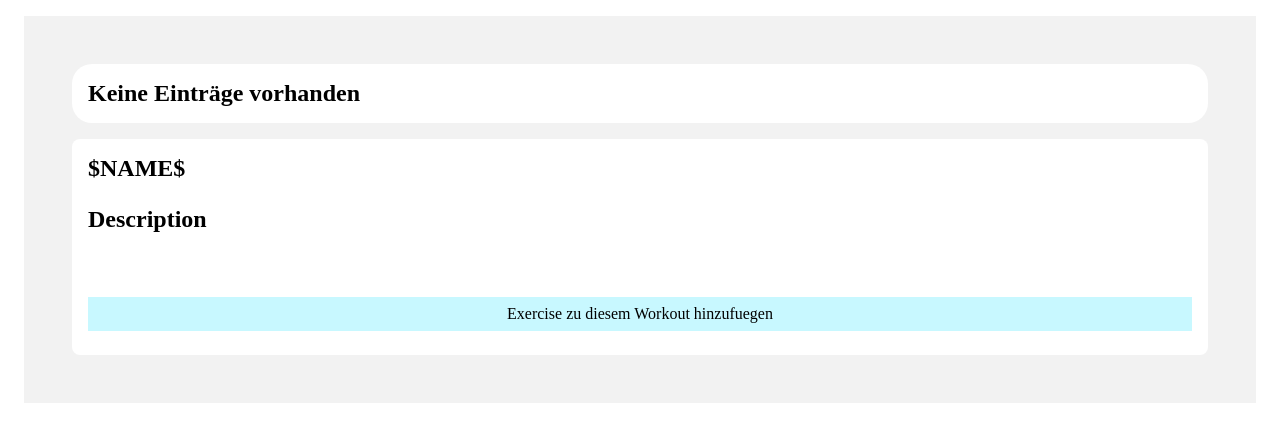
Repository: KIThubber/Fitnesstagebuch
Page: Frontend/src/Workoutmanagement/page-workouthinzufuegen.html
These files come from the project's save history. The page is drawn as it stood at one moment and after the next save; the edit follows.
The browser window is 1280 px wide. The pictures show the whole page.

Above is the page before, as saved 2022-05-07 17:20:13.

### Frontend/src/Workoutmanagement/page-workouthinzufuegen.html
<style>

    main {
        background-color: #F2F2F2;
        margin: 0;
        padding: 2em;

        display: flex;
        flex-direction: column;
      }
      main ol {
            list-style: none;
            margin: 0;
            padding: 0;
            border:20px #F2F2F2;
        }

    /* Code aus "Astructio Retis AG"-Aufgabe - in jasmina css einfügen
    v
    */
    main .list-entry {
      display: flex;
      flex-direction: column;
      gap: 2em;
      padding: 1rem;
      background: white;
      border-radius: 0.5em;
    }


    main .list-entry .card {
      border: 1px solid lightgrey;
      background: white;
      border-radius: 0.5em;
      overflow: hidden;
    }

    main .list-entry .card img {
      display: block;
      width: 100%;
      height: 50%;
      }

      main .list-entry .card .card-body {
      padding: 1rem;
    }

    main .list-entry .card h4,
    main .list-entry .card h5 {
      margin: 0;
    }

    main .list-entry .card h5 {
      color: grey;
    }

    main .list-entry .card a,
    main .list-entry .card a:visited {
      color: var(--color-secondary);
    }

    main .list-entry .card-container {
      display: flex;
      flex-direction: column;
      gap: 2em;
    }

    @media (min-width: 50em) {
       main .list-entry .card-container {
          flex-direction: row;
          flex-wrap: wrap;
          justify-content: center;
      }

      main .list-entry .card {
          flex: 1;
          min-width: 25em;
      }
    }
        /* LISTENEINTRÄGE */
        main{
            margin: 1em;
        }
        main ol {
            list-style: none;
            margin: 0;
            padding: 0;
            border:20px #F2F2F2;
        }

        main li {
            margin: 1em;
            padding: 1em;

            background-color: white;
            border-radius: 20px 20px 20px 20px;
        }

        main li:hover {
            background-color: #C8F8FF;
        }

        main .name {
            font-size: 150%;
            font-weight: bold;
        }
        main .actions {
            display: flex;
            justify-content: space-between;
        }

        main .actions > div {
            padding: 0.5em;
            margin: 0.5em;
            background-color: #C8F8FF;
            flex: 1;
            text-align: center;
        }

        main .actions > div:first-child {
            margin-left: 0;
        }

        main .actions > div:last-child {
            margin-right: 0;
        }

        main .actions > div:hover {
            background-color: #f0f0f0;
            cursor: pointer;
        }
    </style>
    <main>
        <!-- <ol> -->
            <ol>

                    <!-- Platzhalter für eine leere Liste -->
                    <li class="empty-placeholder">
                        <div class="name">
                            Keine Einträge vorhanden
                        </div>
                    </li>

                    <!-- Vorlage für einen Eintrag in der Liste -->
                    <section class="section-news">
                        <div class="card">
                            <li class="list-entry" data-id="$ID$">
                                <div class="name">
                                    $NAME$
                                    <p>Description</p>
                                </div>
                                <div class="actions">
                                    <div class="action addtothisWorkout">
                                        <a>Exercise zu diesem Workout hinzufuegen</a>
                                    </div>
                                </div>
                            </li>
                        </div>
                </section>
            </ol>
    </main>

After the next save:
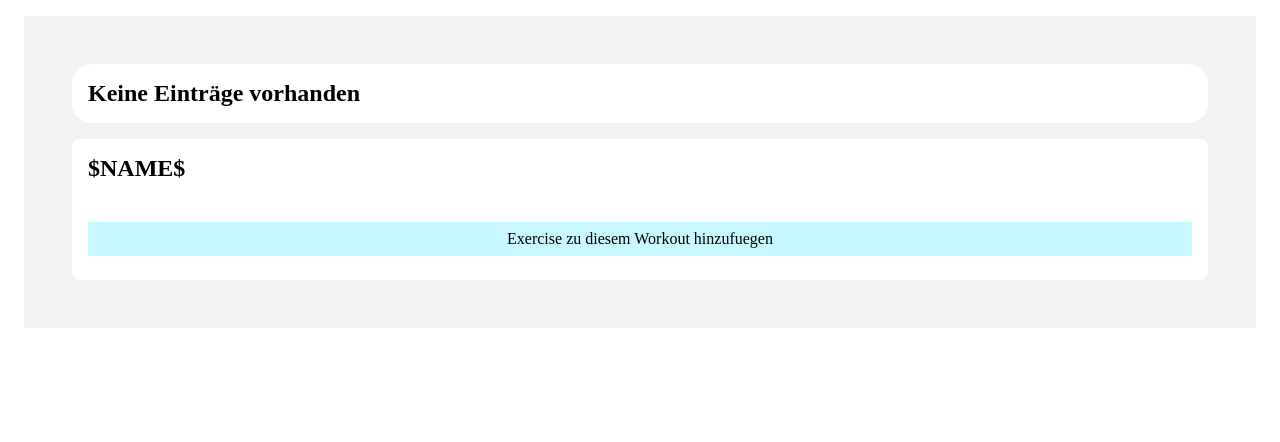
Saved 63 s later.
--- a/Frontend/src/Workoutmanagement/page-workouthinzufuegen.html
+++ b/Frontend/src/Workoutmanagement/page-workouthinzufuegen.html
@@ -147,7 +147,7 @@
                             <li class="list-entry" data-id="$ID$">
                                 <div class="name">
                                     $NAME$
-                                    <p>Description</p>
+
                                 </div>
                                 <div class="actions">
                                     <div class="action addtothisWorkout">
